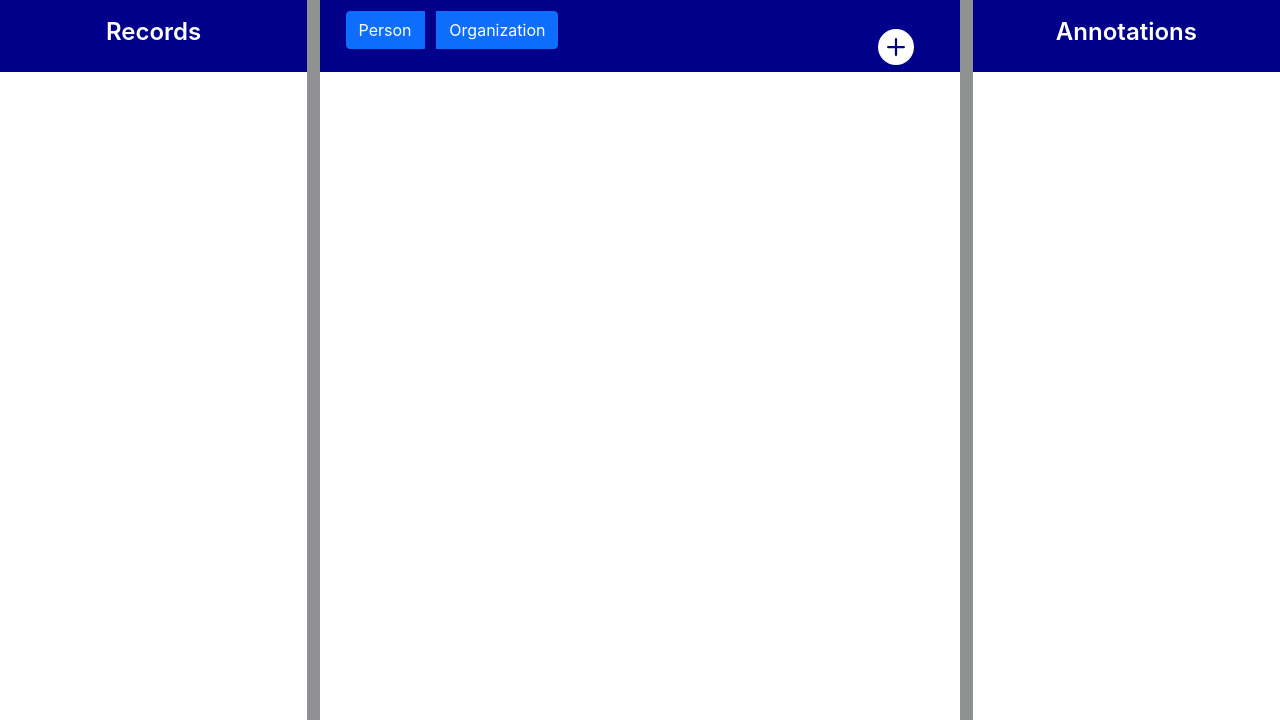
Repository: napan24/classforma_assignment
Page: / (app in client/)
An editor plug-in stored every save of this project. The page is shown before and after a run of saves, followed by the edit.
The browser window is 1280 px wide. The pictures show the whole page.
The project was rebuilt for these pictures with package versions that can differ from the ones it lists, and the page was loaded fresh each time. Also part of the build but not shown: client/src/App.css.

Above is the page before, as saved 2022-07-19 17:16:27.

### client/public/index.html
<!DOCTYPE html>
<html lang="en">
  <head>
    <meta charset="utf-8" />
    <link rel="icon" href="%PUBLIC_URL%/favicon.ico" />
    <meta name="viewport" content="width=device-width, initial-scale=1" />
    <meta name="theme-color" content="#000000" />
    <meta
      name="description"
      content="Web site created using create-react-app"
    />
    <link href="https://cdn.jsdelivr.net/npm/bootstrap@5.1.3/dist/css/bootstrap.min.css" rel="stylesheet" integrity="sha384-1BmE4kWBq78iYhFldvKuhfTAU6auU8tT94WrHftjDbrCEXSU1oBoqyl2QvZ6jIW3" crossorigin="anonymous">
    <link rel="apple-touch-icon" href="%PUBLIC_URL%/logo192.png" />
    <!--
      manifest.json provides metadata used when your web app is installed on a
      user's mobile device or desktop. See https://developers.google.com/web/fundamentals/web-app-manifest/
    -->
    <link rel="manifest" href="%PUBLIC_URL%/manifest.json" />
    <!--
      Notice the use of %PUBLIC_URL% in the tags above.
      It will be replaced with the URL of the `public` folder during the build.
      Only files inside the `public` folder can be referenced from the HTML.

      Unlike "/favicon.ico" or "favicon.ico", "%PUBLIC_URL%/favicon.ico" will
      work correctly both with client-side routing and a non-root public URL.
      Learn how to configure a non-root public URL by running `npm run build`.
    -->
    <title>React App</title>
  </head>
  <body>
    <noscript>You need to enable JavaScript to run this app.</noscript>
    <div id="root"></div>
    <!--
      This HTML file is a template.
      If you open it directly in the browser, you will see an empty page.

      You can add webfonts, meta tags, or analytics to this file.
      The build step will place the bundled scripts into the <body> tag.

      To begin the development, run `npm start` or `yarn start`.
      To create a production bundle, use `npm run build` or `yarn build`.
    -->
    <script src="https://cdn.jsdelivr.net/npm/bootstrap@5.1.3/dist/js/bootstrap.bundle.min.js" integrity="sha384-ka7Sk0Gln4gmtz2MlQnikT1wXgYsOg+OMhuP+IlRH9sENBO0LRn5q+8nbTov4+1p" crossorigin="anonymous"></script>
  </body>
</html>

### client/src/App.js
import logo from './logo.svg';
import './App.css';
import Home from './Home';

function App() {
  return (
    <>
      <Home></Home>
    </>
  );
}

export default App;

### client/src/Home.js
import React from 'react'

const Home = () => {
    return (
        <>
            <div style={{ display: 'flex', width: "100vw", height: "100vh", backgroundColor: "#8f9091" }}>
                <div style={{ width: "24vw", height: "100vh", backgroundColor: "white", marginRight: "1vw" }}>
                    <div style={{ width: "24vw", height: "10vh", backgroundColor: "#00008b", textAlign: 'center', fontSize: '150%', color: "white", fontWeight: "600", position: "fixed" }}>
                        <p style={{ marginTop: "2vh" }}>
                            Records
                        </p>
                    </div>
                    <div>

                    </div>
                </div>
                <div style={{ width: "50vw", height: "100vh", backgroundColor: "white", marginRight: "1vw" }}>
                    <div style={{ width: "50vw", height: "10vh", backgroundColor: "#00008b", position: 'relative' }}>
                        <div class="btn-group" style={{ marginTop: "1.5vh", marginLeft: "2vw" }}>
                            <button type="button" class="btn btn-primary" style={{ marginRight: "1vw" }}>Person</button>
                            <button type="button" class="btn btn-primary">Organization</button>
                        </div>
                        <label for="file">
                            <svg style={{ width: "20%", height: "50%", marginTop: '0vh', position: "absolute", right: "0", color: "white" }} xmlns="http://www.w3.org/2000/svg" fill="currentColor" class="bi bi-plus-circle-fill" viewBox="0 0 16 16">
                                <path d="M16 8A8 8 0 1 1 0 8a8 8 0 0 1 16 0zM8.5 4.5a.5.5 0 0 0-1 0v3h-3a.5.5 0 0 0 0 1h3v3a.5.5 0 0 0 1 0v-3h3a.5.5 0 0 0 0-1h-3v-3z" />
                            </svg>
                        </label>
                        <input type="file" id="file" style={{ display: "none" }} />
                    </div>
                    <div>

                    </div>
                </div>
                <div style={{ width: "24vw", height: "100vh", backgroundColor: "white" }}>
                    <div style={{ width: "24vw", height: "10vh", backgroundColor: "#00008b", textAlign: 'center', fontSize: '150%', color: "white", fontWeight: "600", position: "fixed" }}>
                        <p style={{ marginTop: "2vh" }}>
                            Annotations
                        </p>
                    </div>
                    <div>

                    </div>
                </div>
            </div>
        </>
    )
}

export default Home

Loaded but not shown: client/src/index.js (common file); client/src/index.css (common file); client/src/reportWebVitals.js (common file)

After the next 2 saves:
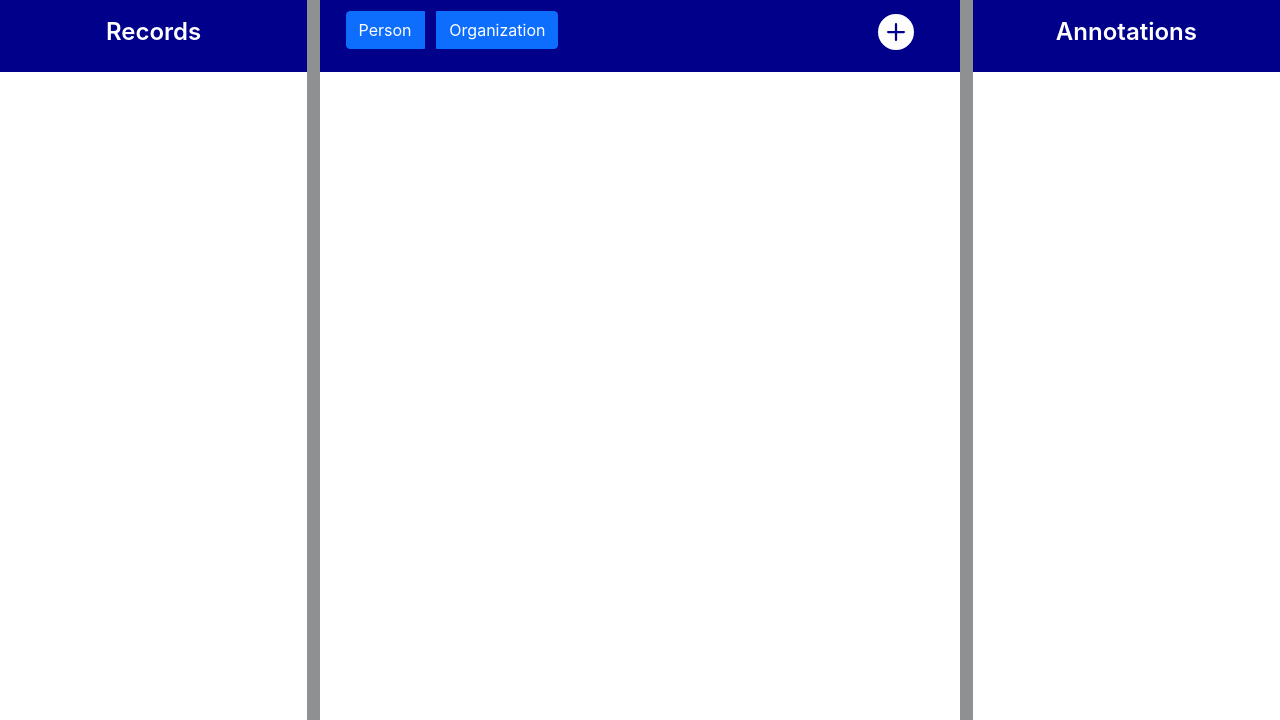
The 2 saves are shown as one change because they came seconds apart.
The last was saved 13 s later.
--- a/client/src/Home.js
+++ b/client/src/Home.js
@@ -21,7 +21,7 @@ const Home = () => {
                             <button type="button" class="btn btn-primary">Organization</button>
                         </div>
                         <label for="file">
-                            <svg style={{ width: "20%", height: "50%", marginTop: '0vh', position: "absolute", right: "0", color: "white" }} xmlns="http://www.w3.org/2000/svg" fill="currentColor" class="bi bi-plus-circle-fill" viewBox="0 0 16 16">
+                            <svg style={{ width: "20%", height: "50%", position: "absolute", right: "0",top:"2vh", color: "white" }} xmlns="http://www.w3.org/2000/svg" fill="currentColor" class="bi bi-plus-circle-fill" viewBox="0 0 16 16">
                                 <path d="M16 8A8 8 0 1 1 0 8a8 8 0 0 1 16 0zM8.5 4.5a.5.5 0 0 0-1 0v3h-3a.5.5 0 0 0 0 1h3v3a.5.5 0 0 0 1 0v-3h3a.5.5 0 0 0 0-1h-3v-3z" />
                             </svg>
                         </label>
